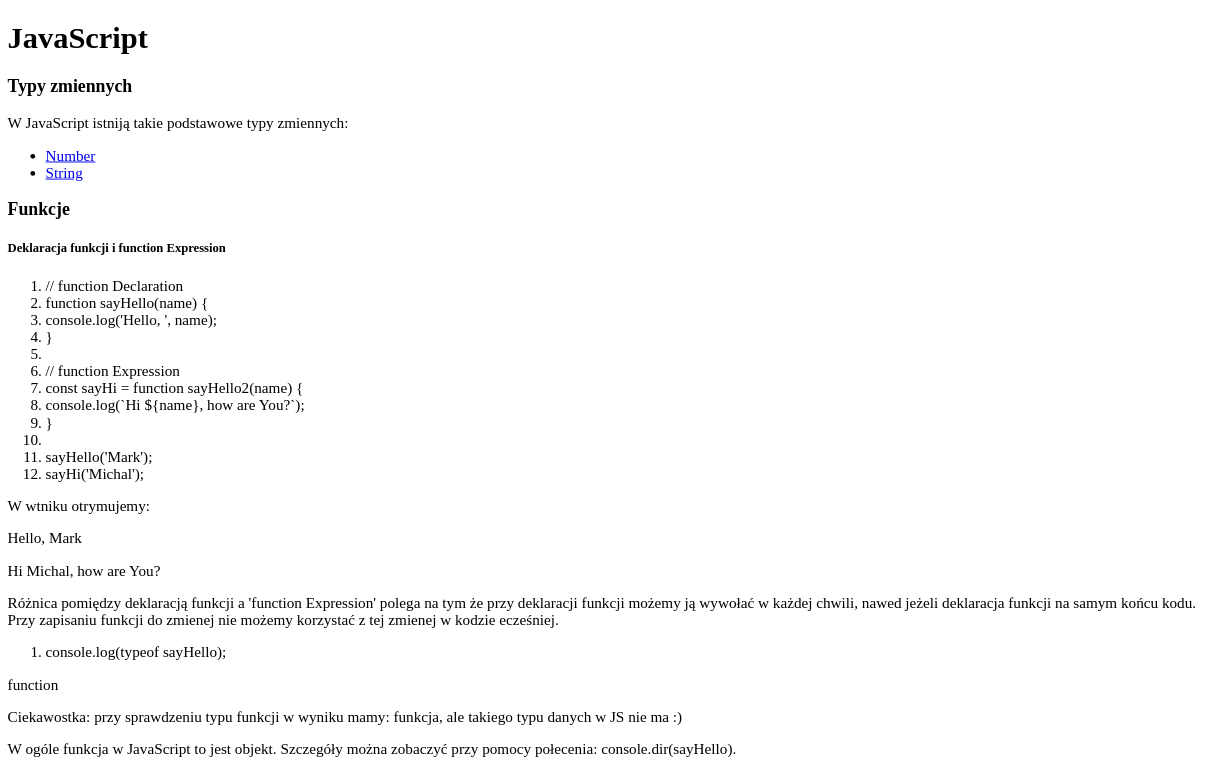
Repository: romanstetsiuk1/JS_learn
Page: noteJavaScript.html
The author's editor kept a copy of each file at every save. The page is drawn from the files as they stood at one save, then again after the next save.
The browser window is 1280 px wide. The pictures show the whole page, at 95% of full size.

Above is the page before, as saved 2020-08-19 17:42:01.

After the next save:
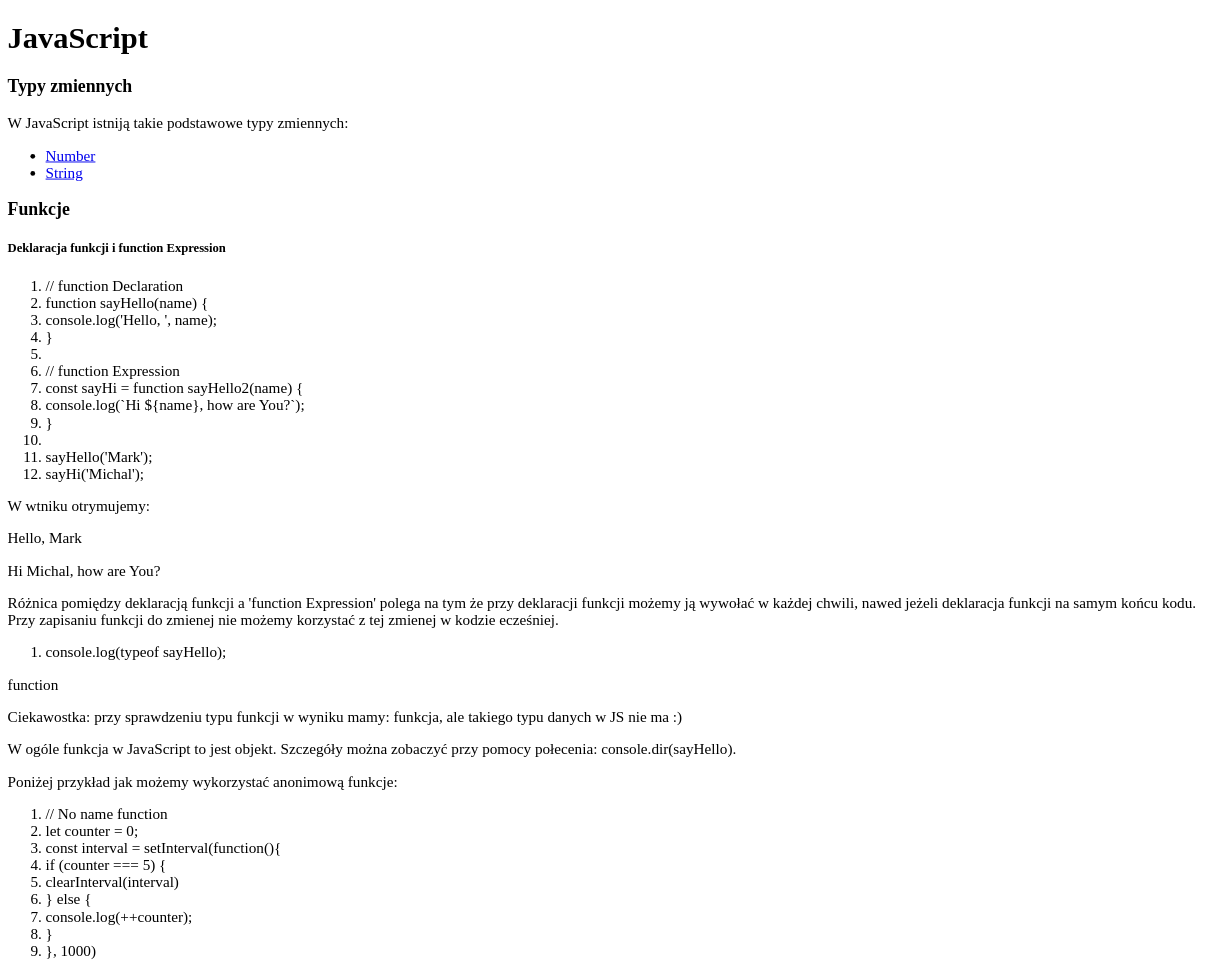
Saved 9 min 3 s later.
--- a/noteJavaScript.html
+++ b/noteJavaScript.html
@@ -63,6 +63,20 @@
           przy pomocy połecenia: console.dir(sayHello).
         </p>
 
+        <p>Poniżej przykład jak możemy wykorzystać anonimową funkcje:</p>
+        <div class="vsCode">
+          <ol>
+            <li>// No name function</li>
+            <li>let counter = 0;</li>
+            <li>const interval = setInterval(function(){</li>
+            <li>if (counter === 5) {</li>
+            <li>clearInterval(interval)</li>
+            <li>} else {</li>
+            <li>console.log(++counter);</li>
+            <li>}</li>
+            <li>}, 1000)</li>
+          </ol>
+        </div>
 
     </article>
 
